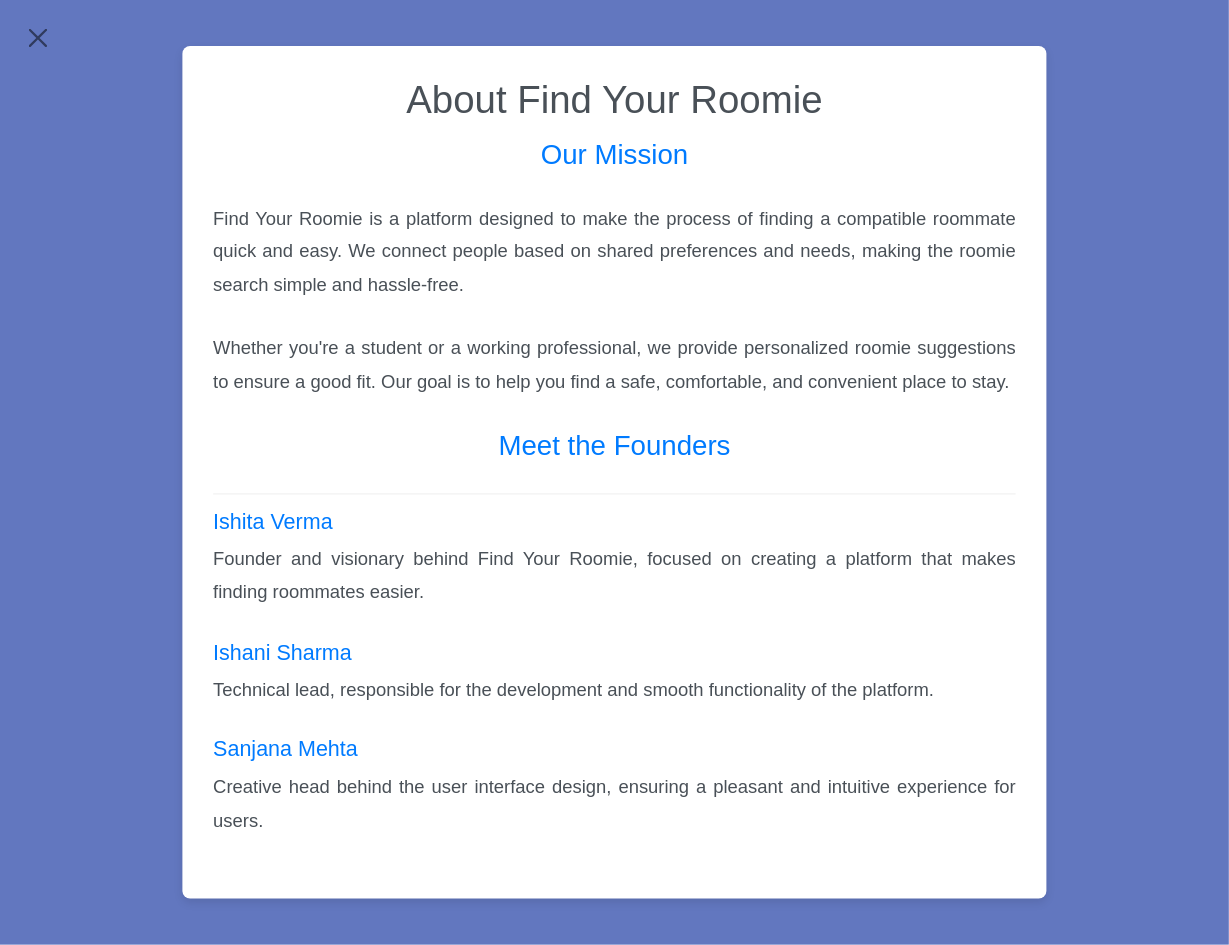
Repository: Sanjana-Inapakolla/Find-your-Roomie-website
Page: http://localhost/MiniProject/About.jsp
The author's editor kept a copy of each file at every save. The page is drawn from the files as they stood at one save, then again after the next save.
The browser window is 1280 px wide. The pictures show the whole page, at 96% of full size.
The page is served by Tomcat 10.

Above is the page before, as saved 2024-11-13 09:12:22.

After the next save:
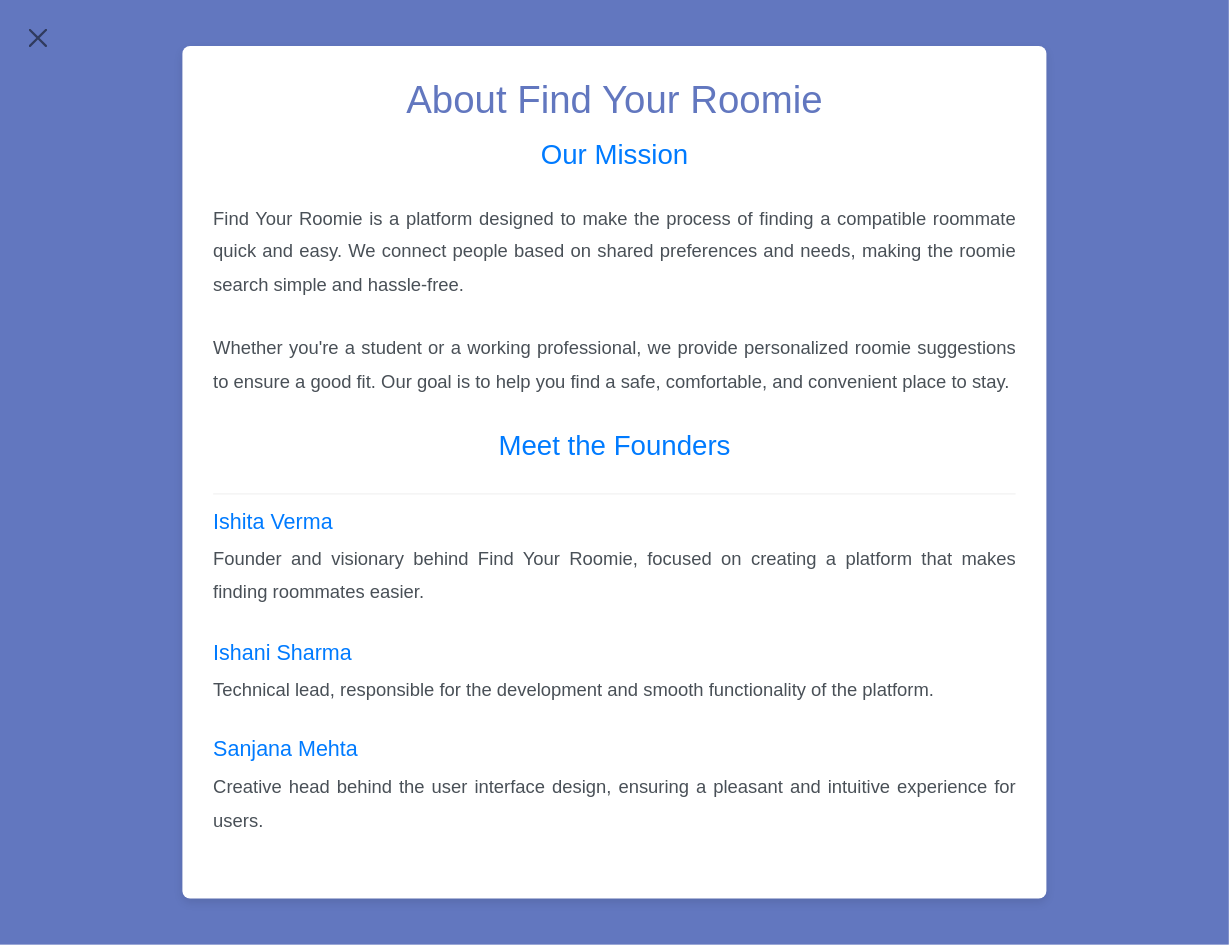
Saved 25 s later.
--- a/mini-project(jfst)/MiniProject/src/main/webapp/About.jsp
+++ b/mini-project(jfst)/MiniProject/src/main/webapp/About.jsp
@@ -29,7 +29,7 @@
         /* Title Styling */
         .about-container h1 {
             font-size: 2.5rem;
-            color: #495057;
+            color: #6277bf;
             text-align: center;
             margin-bottom: 1rem;
         }
